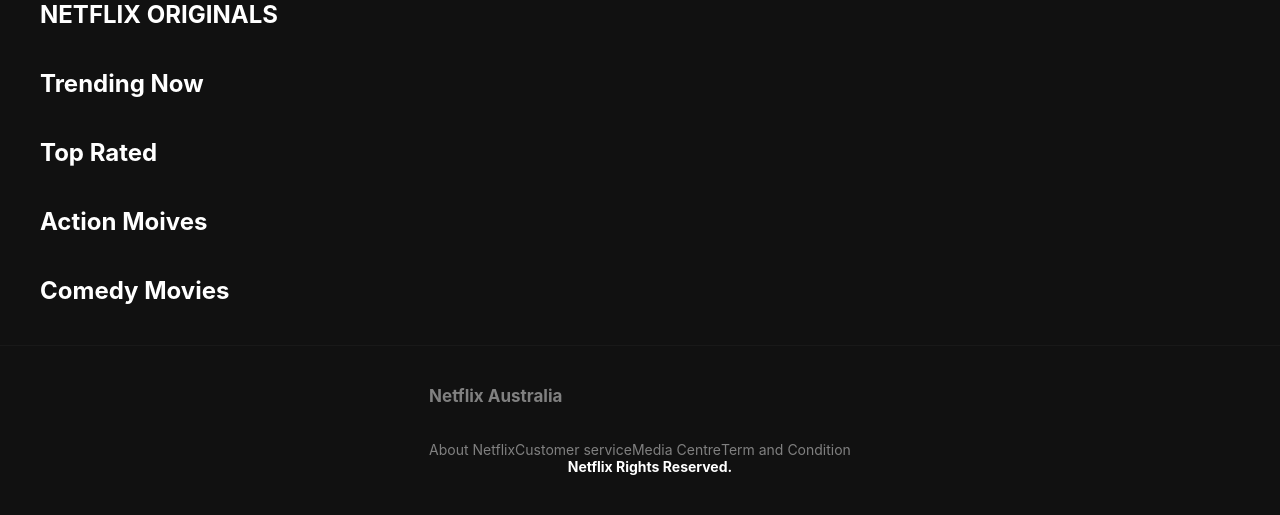
Repository: gietpa/react-netflix
Page: /
These files come from the project's save history. The page is drawn as it stood at one moment and after the next save; the edit follows.
The browser window is 1280 px wide. The pictures show the part of the page from y = 448 to 984 px (the page is 963 px tall before and 984 px after).
The page's requests for data from a server got no answer. The project was rebuilt for these pictures with package versions that can differ from the ones it lists, and the page was loaded fresh each time. No one was signed in, and anything a server would have sent is missing.

Above is the page before, as saved 2024-06-30 01:55:01.

### src/App.js
import "./App.css";
import requests from "./api/request";
import Banner from "./components/Banner";
import Nav from "./components/Nav";
import Row from "./components/Row";
import Footer from "./components/Footer";

function App() {
  return (
    <div className="app">
      <Nav />
      <Banner />

      <Row
        title="NETFLIX ORIGINALS"
        id="NO"
        fetchUrl={requests.fetchNetflixOriginals}
        isLargeRow
      />

      <Row title="Trending Now" id="TN" fetchUrl={requests.fetchTrednding} />
      <Row title="Top Rated" id="TR" fetchUrl={requests.fetchTopRated} />
      <Row
        title="Action Moives"
        id="AM"
        fetchUrl={requests.fetchActionMovies}
      />
      <Row
        title="Comedy Movies"
        id="Cm"
        fetchUrl={requests.fetchComedyMovies}
      />

      <Footer />
    </div>
  );
}

export default App;

### src/api/request.js
const requests = {
  fetchNowPlaying: "movie/now_playing",
  fetchNetflixOriginals: "/discover/tv?with_networks=213",
  fetchTrednding: "/trending/all/week",
  fetchTopRated: "/movie/top_rated",
  fetchActionMovies: "/discover/movie?with_fenres=28",
  fetchComedyMovies: "/discover/movie?with_fenres=35",
  fetchHorrorMovies: "/discover/movie?with_fenres=27",
  fetchRomanceMovies: "/discover/movie?with_fenres=10749",
  fetchDocumentaries: "/discover/movie?with_fenres=99",
};

export default requests;

### src/components/Banner.js
import axios from "../api/axios";
import React, { useState, useEffect } from "react";
import requests from "../api/request";
import "./Banner.css";
import styled from "styled-components";

export default function Banner() {
  const [movie, setMovie] = useState([]);
  const [isClicked, setIsClicked] = useState(false);

  useEffect(() => {
    fetchData();
  }, []);

  const fetchData = async () => {
    const request = await axios.get(requests.fetchNowPlaying);
    console.log(request);

    const movieId =
      request.data.results[
        Math.floor(Math.random() * request.data.results.length)
      ].id;

    const { data: movieDetail } = await axios.get(`movie/${movieId}`, {
      params: { append_to_response: "videos" },
    });
    setMovie(movieDetail);
  };

  const truncate = (str, n) => {
    return str?.length > n ? str.substr(0, n - 1) + "..." : str;
  };

  if (!isClicked) {
    return (
      <header
        className="banner"
        style={{
          backgroundImage: `url("https://image.tmdb.org/t/p/original/${movie.backdrop_path}")`,
          backgroundPosition: "top center",
          backgroundSize: "cover",
        }}
      >
        <div className="banner__contents">
          <h1 className="banner__title">
            {movie.title || movie.name || movie.original_name}
          </h1>

          <div className="banner__buttons">
            <button
              className="banner__button play"
              onClick={() => setIsClicked(true)}
            >
              Play
            </button>
            <button className="banner__button info">More Information</button>
          </div>

          <h1 className="banner__description">
            {truncate(movie.overview, 100)}
          </h1>
        </div>
        <div className="banner--fadeBottom" />
      </header>
    );
  } else {
    return (
      <Container>
        <HomeContainer>
          <Iframe
            width="640"
            height="360"
            src={`https://www.youtube.com/embed/${movie.videos.results[0].key}?controls=0&autoplay=1&loop=1&mute=1&playlist=${movie.videos.results[0].key}`}
            title="YouTube video player"
            frameborder="0"
            allow="autoplay; fullscreen"
            allowfullscreen
          ></Iframe>
        </HomeContainer>
      </Container>
    );
  }
}

const Iframe = styled.iframe`
  width: 100%;
  height: 100%;
  z-index: -1;
  opacity: 0.65;
  border: none;

  &::after {
    content: "";
    position: absolute;
    top: 0;
    left: 0;
    width: 100%;
    height: 100%;
  }
`;

const Container = styled.div`
  display: flex;
  justify-content: center;
  align-items: center;
  flex-direction: column;
  width: 100%;
  height: 100vh;
`;

const HomeContainer = styled.div`
  width: 100%;
  height: 100%;
`;

### src/components/Nav.js
import React, { useEffect, useState } from "react";
import "./Nav.css";

export default function Nav() {
  const [show, setShow] = useState(false);

  useEffect(() => {
    window.addEventListener("scroll", () => {
      if (window.scrollY > 50) {
        setShow(true);
      } else {
        setShow(true);
      }
    });

    return () => {
      window.removeEventListener("scroll", () => {});
    };
  }, []);

  return (
    <nav className={`nav ${show && "nav__black"} `}>
      <img
        alt="Netflix logo"
        src="https://upload.wikimedia.org/wikipedia/commons/thumb/0/08/Netflix_2015_logo.svg/170px-Netflix_2015_logo.svg.png"
        className="nav__logo"
        onClick={() => (window.location.href = "/")}
      />

      <img
        alt="User logged"
        src="https://occ-0-4796-988.1.nflxso.net/dnm/api/v6/K6hjPJd6cR6FpVELC5Pd6ovHRSk/AAAABbme8JMz4rEKFJhtzpOKWFJ_6qX-0y5wwWyYvBhWS0VKFLa289dZ5zvRBggmFVWVPL2AAYE8xevD4jjLZjWumNo.png?r=a41"
        className="nav__avatar"
      />
    </nav>
  );
}

### src/components/Row.js
import React, { useEffect, useState } from "react";
import axios from "../api/axios";
import "./Row.css";

export default function Row({ title, fetchUrl, isLargeRow, id }) {
  const [movies, setMovies] = useState([]);

  useEffect(() => {
    fetchMovieData();
  }, []);

  const fetchMovieData = async () => {
    const request = await axios.get(fetchUrl);
    setMovies(request.data.results);
  };

  return (
    <section className="row">
      <h2>{title}</h2>
      <div className="slider">
        <div className="slider__arrow-left">
          <span
            className="arrow"
            onClick={() => {
              document.getElementById(id).scrollLeft -= window.innerWidth - 80;
            }}
          >
            {"<"}
          </span>
        </div>
        <div id={id} className="row__posters">
          {movies.map((movie) => (
            <img
              key={movie.id}
              className={`row__poster ${isLargeRow && "row__posterLarge"}`}
              src={`https://image.tmdb.org/t/p/original/${
                isLargeRow ? movie.poster_path : movie.backdrop_path
              }`}
              alt={movie.name}
            />
          ))}
        </div>
        <div className="slider__arrow-right">
          <span
            className="arrow"
            onClick={() => {
              document.getElementById(id).scrollLeft += window.innerWidth - 80;
            }}
          >
            {">"}
          </span>
        </div>
      </div>
    </section>
  );
}

### src/components/Footer.js
import React from "react";
import styled from "styled-components";

export default function Footer() {
  return (
    <FooterContainer>
      <FooterContent>
        <FooterLinkContainer>
          <FooterLinkTitle>Netflix Australia</FooterLinkTitle>
          <FooterLinkContent>
            <FooterLink href="https://help.netflix.com/ko/node/412">
              About Netflix
            </FooterLink>
            <FooterLink href="https://help.netflix.com/ko">
              Customer service
            </FooterLink>
            <FooterLink href="https://help.netflix.com/ko/">
              Media Centre
            </FooterLink>
            <FooterLink href="https://help.netflix.com/ko/">
              Term and Condition
            </FooterLink>
          </FooterLinkContent>
          <FooterDescContainer>
            <FooterDescRights>Netflix Rights Reserved.</FooterDescRights>
          </FooterDescContainer>
        </FooterLinkContainer>
      </FooterContent>
    </FooterContainer>
  );
}

const FooterContainer = styled.div`
  display: flex;
  justify-content: center;
  align-items: center;
  padding: 40px 0;
  border-top: 1px solid rgb(25, 25, 25);
  width: 100%;
  position: relative;
  z-index: 100;

  @media (max-width: 769px) {
    padding: 20px 20px;
    padding-bottom: 30px;
  }
`;

const FooterContent = styled.div``;

const FooterLinkContainer = styled.div`
  max-width: 700px;

  @media (max-width: 768px) {
    width: 100%;
  }
`;

const FooterLinkTitle = styled.h1`
  color: gray;
  font-size: 17px;
`;

const FooterLinkContent = styled.div`
  display: flex;
  justify-content: space-bewteen;
  flex-wrap: wrap;
  margin-top: 35px;

  @media (max-width: 768px) {
    margin-top: 26px;
  }
`;

const FooterLink = styled.a`
  color: gray;
  font-size: 14px;
  max-width: 150px;
  margin-bottom: 0 10px 21px;
  text-decoration: none;

  &:hover {
    text-decoration: underline;
  }

  @media (max-width: 768px) {
    margin-bottom: 16px;
  }
`;

const FooterDescContainer = styled.div`
  margin-top: 30px @media (max-width: 768px) {
    margin-top: 20px;
  }
`;

const FooterDescRights = styled.h2`
  color: white;
  font-size: 14px;
  text-align: center;
`;

### src/api/axios.js
import axios from "axios";

const instance = axios.create({
  baseURL: "https://api.themoviedb.org/3",
  params: {
    api_key: "d5ab93544ade2e46f5e7421f7222610c",
    language: "en-US",
  },
});

export default instance;

### src/components/Banner.css
.banner {
    color: white;
    object-fit: contain;
    height: 448px;
  }
  @media (min-width: 1500px) {
    .banner {
      position: relative;
      height: 600px;
    }
    .banner--fadeBottom {
      position: absolute;
      bottom: 0;
      width: 100%;
      height: 40rem;
    }
  }
  @media (max-width: 768px) {
    .banner__contents {
      width: min-content !important;
      padding-left: 2.3rem;
      margin-left: 0px !important;
    }
    .banner__description {
      font-size: 0.8rem !important;
      width: auto !important;
    }
    .info {
      text-align: start;
      padding-right: 1.2rem;
    }
    .space {
      margin-left: 6px;
    }
    .banner__button {
      font-size: 0.8rem !important;
      border-radius: 4px !important;
    }
  }
  .banner__contents {
    margin-left: 40px;
    padding-top: 140px;
    height: 190px;
  }
  .banner__title {
    font-size: 3rem;
    font-weight: 800;
    padding-bottom: 0.5rem;
  }
  .banner__description {
    width: 45rem;
    line-height: 1.3;
    padding-top: 1rem;
    font-weight: 500;
    font-size: 1rem;
    max-width: 400px;
    height: 80px;
  }
  .banner--fadeBottom {
    height: 7.4rem;
    background-image: linear-gradient(
      180deg,
      transparent,
      rgba(37, 37, 37, 0.61),
      #111
    );
  }
  .banner__buttons {
    display: flex;
    flex-direction: row;
  }
  .banner__button {
    display: flex;
    flex-direction: row;
    justify-content: start;
    align-items: center;
    cursor: pointer;
    outline: none;
    border: none;
    font-size: 1rem;
    font-weight: 700;
    border-radius: 0.2vw;
    padding: 0.4rem 1.8rem 0.4rem 1rem;
    margin-right: 1rem;
  }
  .banner__button:hover {
    color: #000;
    background-color: rgba(170, 170, 170, 0.9);
    transition: all 0.2s;
  }
  .play {
    background-color: white;
    color: black;
  }
  .info {
    background-color: rgba(109, 109, 110, 0.7);
    color: white;
  }
  .info:hover {
    background-color: rgb(74, 74, 74);
    color: white;
  }

  .space {
    margin-left: 4px;
  }

### src/components/Nav.css
.nav {
    position: fixed;
    top: 0;
    width: 100%;
    height: 30px;
    z-index: 1;
    padding: 20px;
    display: flex;
    justify-content: space-between;
    align-items: center;
    transition-timing-function: ease-in;
    transition: all 0.5s;
  }

  .nav__black {
      background-color: #111;
  }

  .nav__logo {
      position: fixed;
      left: 40px;
      width: 80px;
      object-fit: contain;
  }

  .nav__avatar {
      position: fixed;
      right: 40px;
      width: 30px;
      object-fit: contain;
  }

### src/components/Row.css
.row {
    margin-left: 20px;
    color: white;
  }
  h2 {
    padding-left: 20px;
  }
  .slider {
    position: relative;
  }
  .slider__arrow-left {
    background-clip: content-box;
    padding: 20px 0;
    box-sizing: border-box;
    transition: 400ms all ease-in-out;
    cursor: pointer;
    width: 80px;
    z-index: 1000;
    position: absolute;
    left: 0;
    top: 0;
    height: 100%;
    display: flex;
    align-items: center;
    justify-content: center;
    visibility: hidden;
  }
  .slider__arrow-right {
    padding: 20px 0;
    background-clip: content-box;
    box-sizing: border-box;
    transition: 400ms all ease-in-out;
    cursor: pointer;
    width: 80px;
    z-index: 1000;
    position: absolute;
    right: 0;
    top: 0;
    height: 100%;
    display: flex;
    align-items: center;
    justify-content: center;
    visibility: hidden;
  }
  .arrow {
    transition: 400ms all ease-in-out;
  }
  .arrow:hover {
    transition: 400ms all ease-in-out;
    transform: scale(1.5);
  }
  .slider:hover .slider__arrow-left {
    transition: 400ms all ease-in-out;
    visibility: visible;
  }
  .slider:hover .slider__arrow-right {
    transition: 400ms all ease-in-out;
    visibility: visible;
  }
  .slider__arrow-left:hover {
    background: rgba(20, 20, 20, 0.5);
    transition: 400ms all ease-in-out;
  }
  .slider__arrow-right:hover {
    background: rgba(20, 20, 20, 0.5);
    transition: 400ms all ease-in-out;
  }

  .row__posters {
    display: flex;
    overflow-y: hidden;
    overflow-x: scroll;
    padding: 20px 0 20px 20px;
    scroll-behavior: smooth;
  }
  .row__posters::-webkit-scrollbar {
    display: none;
  }
  .row__poster {
    object-fit: contain;
    width: 100%;
    max-height: 144px;
    margin-right: 10px;
    transition: transform 450ms;
    border-radius: 4px;
  }
  .row__poster:hover {
    transform: scale(1.08);
  }
  .row__posterLarge {
    max-height: 320px;
  }
  .row__posterLarge:hover {
    transform: scale(1.1);
    opacity: 1;
  }

  .row__arrow-left {
    position: absolute;
    top: 0;
    left: 20px;
    height: 100%;
    width: 32px;
    background: rgba(0, 0, 0, 0.2);
    display: flex;
    align-items: center;
  }
  .row__arrow-right {
    position: absolute;
    top: 0;
    right: 0px;
    height: 100%;
    width: 32px;
    background: rgba(0, 0, 0, 0.2);
    display: flex;
    align-items: center;
  }
  @media screen and (min-width: 1200px) {
    .row__poster {
      max-height: 160px;
    }
    .row__posterLarge {
      max-height: 360px;
    }
  }
  @media screen and (max-width: 768px) {
    .row__poster {
      max-height: 100px;
    }
    .row__posterLarge {
      max-height: 280px;
    }
  }

  .swiper-pagination {
    text-align: right !important;
  }

  .swiper-pagination-bullet {
    background: gray !important;
    opacity: 1 !important;
  }

  .swiper-pagination-bullet-active {
    background: white !important;
  }

  .swiper-button-prev {
    color: white !important;
  }

  .swiper-button-next {
    color: white !important;
  }

  .swiper-button-next:after, .swiper-button-prev:after{
    font-size: 1.3rem !important;
    font-weight: 600 !important;
  }

Loaded but not shown: public/index.html (common file); src/index.js (common file); src/index.css (common file); src/reportWebVitals.js (common file); src/App.css (common file)

After the next save:
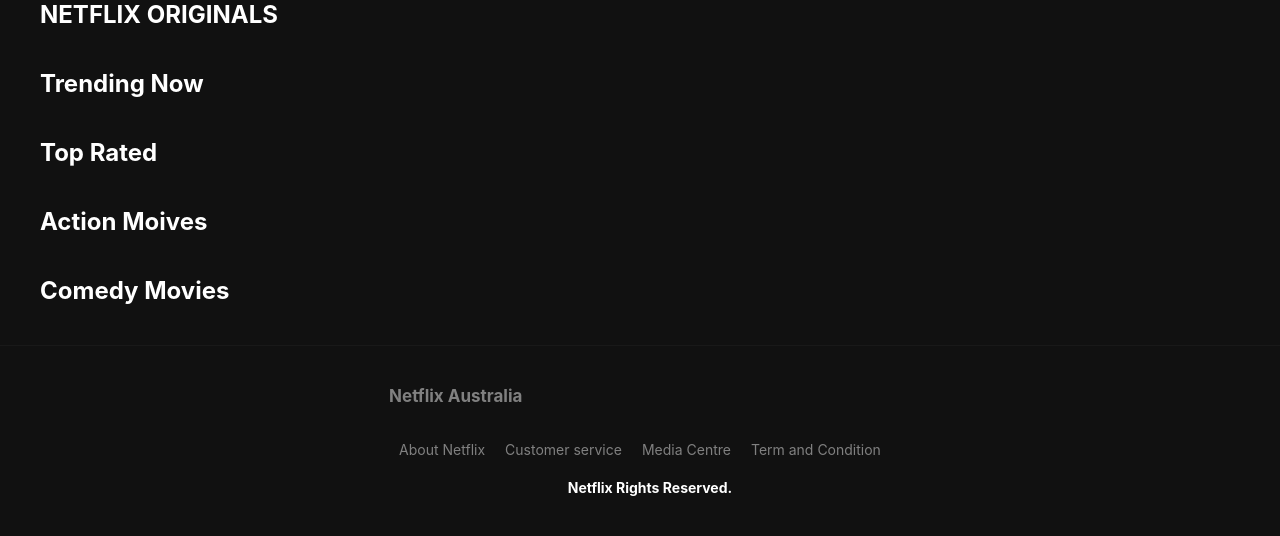
Saved 13 s later.
--- a/src/components/Footer.js
+++ b/src/components/Footer.js
@@ -76,7 +76,7 @@
   color: gray;
   font-size: 14px;
   max-width: 150px;
-  margin-bottom: 0 10px 21px;
+  margin: 0 10px 21px;
   text-decoration: none;
 
   &:hover {
